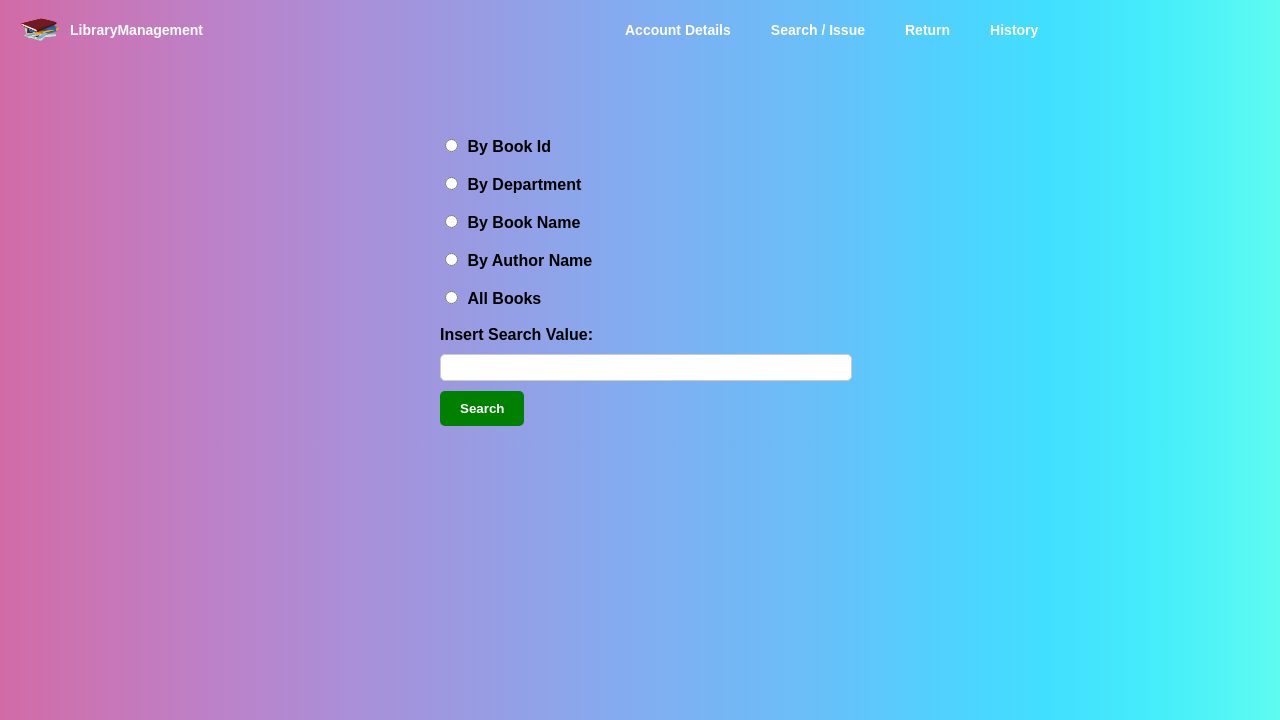
Repository: amitSai12/CMS
Page: http://localhost/LibraryManagementDemo/Search.jsp
An editor plug-in stored every save of this project. The page is shown before and after the next save, followed by the edit.
The browser window is 1280 px wide. The pictures show the whole page.
The page is served by Tomcat 9. Other server files are loaded and not shown.

Above is the page before, as saved 2023-10-01 21:49:40.

### Day1_Thu/LibraryManagementDemo/src/main/webapp/Search.jsp
<%@ page language="java" contentType="text/html; charset=ISO-8859-1"
    pageEncoding="ISO-8859-1"%>
<!DOCTYPE html>
<html>
<head>
<meta charset="ISO-8859-1">
<title>Insert title here</title>
<link rel="stylesheet" href="AllBooks.css">
</head>
<body>
<jsp:include page="Menu.jsp"/>
<br><br>
<form method="get" action="AllBooks.jsp" class="search-form">
  <input type="radio" name="searchtype" value="id" id="byId">
  <label for="byId">By Book Id</label> <br/><br/>
  <input type="radio" name="searchtype" value="dept" id="byDept">
  <label for="byDept">By Department</label> <br/><br/>
  <input type="radio" name="searchtype" value="bookname" id="byBookName">
  <label for="byBookName">By Book Name</label> <br/><br/>
  <input type="radio" name="searchtype" value="authorname" id="byAuthorName">
  <label for="byAuthorName">By Author Name</label> <br/><br/>
  <input type="radio" name="searchtype" value="all" id="allBooks">
  <label for="allBooks">All Books</label> <br/><br/>
  <label for="searchvalue">Insert Search Value:</label>
  <input type='text' name='searchvalue' id="searchvalue">
  <input type='submit' value='Search' class="search-button">
</form>

</form>
</body>
</html>

### Day1_Thu/LibraryManagementDemo/src/main/webapp/Menu.jsp
<!DOCTYPE html PUBLIC "-//W3C//DTD HTML 4.01 Transitional//EN" "http://www.w3.org/TR/html4/loose.dtd">
<html>
<head>
<meta http-equiv="Content-Type" content="text/html; charset=ISO-8859-1">
<title>User Account Page</title>
<link rel="stylesheet" href="menu.css">
</head>
<body>


	<div class="logo">
		<img
			src="kisspng-book-clip-art-vector-books-5aa7e41834c997.8769820715209523442162.png"
			alt="Your Logo"> <span class="logo-text">LibraryManagement</span>

	<div class="menu">
		<div class="atwo">
			<a href="AccountDetails.jsp">Account Details</a>
		</div>
		<div class="atwo">
			<a href="Search.jsp">Search / Issue</a>
		</div>
		<div class="atwo">
			<a href="TranBook.jsp">Return</a>
		</div>
		<div class="atwo">
			<a href="History.jsp">History</a>
		</div>
	</div>
	</div>





</body>
</html>

### Day1_Thu/LibraryManagementDemo/src/main/webapp/AllBooks.css
/* Style the table */
table {
    width: 100%;
    border-collapse: collapse;
    border: 1px solid #ddd;
    font-family: Arial, sans-serif;
}

/* Style the table header row */
th {
    background-color: #f2f2f2;
    font-weight: bold;
    text-align: left;
    padding: 10px;
    border-bottom: 2px solid #ddd;
}

/* Style the table data rows */
td {
    padding: 10px;
    text-align: left;
    border-bottom: 1px solid #ddd;
}

/* Style alternate rows with a different background color */
tr:nth-child(even) {
    background-color: #f9f9f9;
}

/* Style the checkbox inputs */
input[type="checkbox"] {
    width: 16px;
    height: 16px;
    margin: 0;
}

/* Style the "NA" cells */
td:empty::before {
    content: "NA";
    color: #999;
}

/* Add hover effect on rows */
tr:hover {
    background-color: #e5e5e5;
}

.search-form {
  font-family: Arial, sans-serif;
  padding: 20px;
  border-radius: 10px;
  max-width: 400px;
  margin: 0 auto;
}

input[type="radio"] {
  margin-right: 5px;
}

label {
  font-weight: bold;
}

#searchvalue {
  width: 100%;
  padding: 5px;
  margin: 10px 0;
  border: 1px solid #ccc;
  border-radius: 5px;
}

.search-button {
  background-color: green;
  color: white;
  border: none;
  padding: 10px 20px;
  font-weight: bold;
  cursor: pointer;
  border-radius: 5px;
}

.search-button:hover {
  background-color: darkgreen;
}

### Day1_Thu/LibraryManagementDemo/src/main/webapp/menu.css
body {
    font-family: Arial, sans-serif;
background-image: linear-gradient(to right, #d16ba5, #c777b9, #ba83ca, #aa8fd8, #9a9ae1, #8aa7ec, #79b3f4, #69bff8, #52cffe, #41dfff, #46eefa, #5ffbf1);
	margin: 0;
    padding: 0;
}

.logo {

    display: flex;
    align-items: center;
    padding: 10px 20px;
    color: white;
    margin-bottom: 20px; /* Adjust margin to create space below the logo */

}

/* Style the logo image */
.logo img {
    width: 40px; /* Adjust the width as needed */
    height: 40px; /* Adjust the height as needed */
    margin-right: 10px; /* Add some spacing between the image and text */
}

/* Style the logo text */
.logo-text {
    font-size: 14px; /* Adjust the font size as needed */
    font-weight: bold; /* Make the text bold */
}

.menu {
	 position: fixed;
    display: flex;
    justify-content: flex-end; /* Move menu to the right top corner */
    padding: 10px 20px; /* Adjust padding as needed */
    border-radius: 31px;
   margin-left: 565px;
}

.menu a {
    text-decoration: none; /* Remove the default underline */
    color: white;
    font-weight: bold;
    padding: 10px 20px;
    border-radius: 5px;
    position: relative; /* Add relative positioning */
    transition: color 0.3s;/* Add transitions for color and background-color */
    font-size: 14px;
}

.menu a-text {
    font-size: 6px; /* Adjust the font size as needed */
    font-weight: bold;
}

.menu a::before {
    content: ""; /* Create an empty pseudo-element */
    position: absolute; /* Set absolute positioning */
    bottom: 0; /* Position it at the bottom */
    left: 10%; /* Align it with the left edge of the link */
    width: 0%; /* Initially, the width is 0% */
    height: 2px; /* Set the height of the underline */
   background-image: linear-gradient(to right, #1b009f, #131d93, #1b2a84, #273273, #323961, #353b57, #393d4d, #3d3e42, #3c3c3f, #3a3a3c, #39393a, #373737); /* Color of the underline */
    transition: width 0.5s ease; /* Add a transition for width */
}

.menu a:hover {
 color:rgb(255, 255, 255);
}

.menu a:hover::before {
    width: 80%; /* Expand the width of the underline on hover */
}



/* Rest of your CSS styles */
/* ... */

/* Style the Issue and Return buttons */
input#issue,
input#return {
    background: linear-gradient(to bottom, rgb(0, 0, 128), rgb(0, 0, 255));
    width: 20%;
    border-radius: 29px;
    color: white;
    height: 40px;
    border: 2px;
    cursor: pointer;
    transition: background-color 0.3s ease;
    font-weight: bold;
}

input#issue:hover,
input#return:hover {
    background: linear-gradient(to bottom, rgb(0, 128, 255), rgb(0, 255, 255));
}

After the next save:
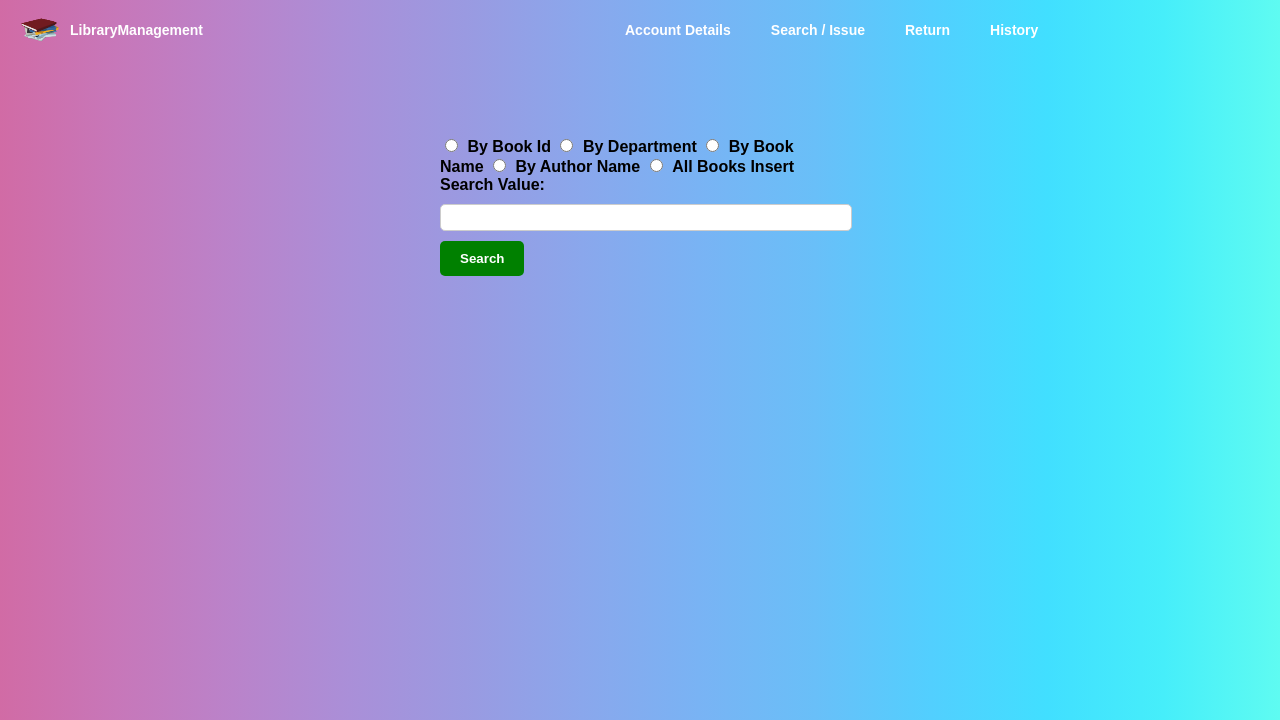
Saved 27 s later.
--- a/Day1_Thu/LibraryManagementDemo/src/main/webapp/Search.jsp
+++ b/Day1_Thu/LibraryManagementDemo/src/main/webapp/Search.jsp
@@ -12,15 +12,15 @@
 <br><br>
 <form method="get" action="AllBooks.jsp" class="search-form">
   <input type="radio" name="searchtype" value="id" id="byId">
-  <label for="byId">By Book Id</label> <br/><br/>
+  <label for="byId">By Book Id</label>
   <input type="radio" name="searchtype" value="dept" id="byDept">
-  <label for="byDept">By Department</label> <br/><br/>
+  <label for="byDept">By Department</label>
   <input type="radio" name="searchtype" value="bookname" id="byBookName">
-  <label for="byBookName">By Book Name</label> <br/><br/>
+  <label for="byBookName">By Book Name</label>
   <input type="radio" name="searchtype" value="authorname" id="byAuthorName">
-  <label for="byAuthorName">By Author Name</label> <br/><br/>
+  <label for="byAuthorName">By Author Name</label>
   <input type="radio" name="searchtype" value="all" id="allBooks">
-  <label for="allBooks">All Books</label> <br/><br/>
+  <label for="allBooks">All Books</label>
   <label for="searchvalue">Insert Search Value:</label>
   <input type='text' name='searchvalue' id="searchvalue">
   <input type='submit' value='Search' class="search-button">
